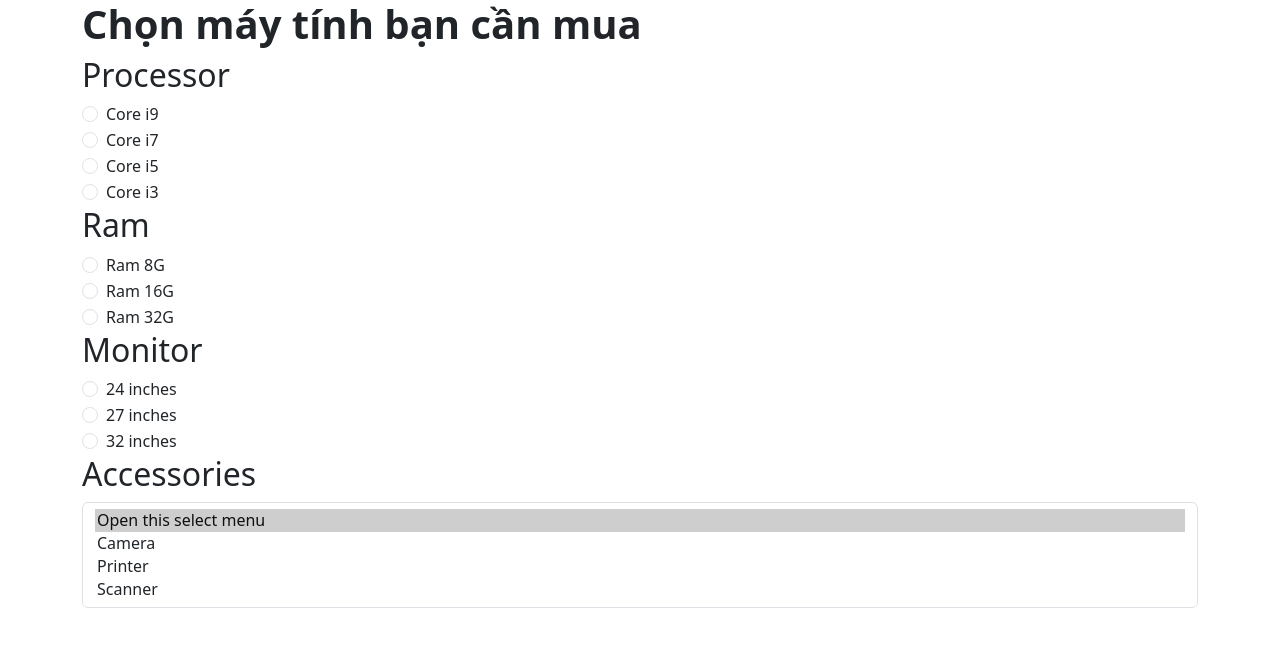
Repository: wuubangdev/bookstore-servlet-jsp
Page: http://localhost/Bai20_JSPCoban_TrangMuaHang/muaMayTinh.jsp
These files come from the project's save history. The page is drawn as it stood at one moment and after the next save; the edit follows.
The browser window is 1280 px wide. The pictures show the whole page.
The page is served by Tomcat 9.

Above is the page before, as saved 2024-03-19 02:58:05.

After the next save:
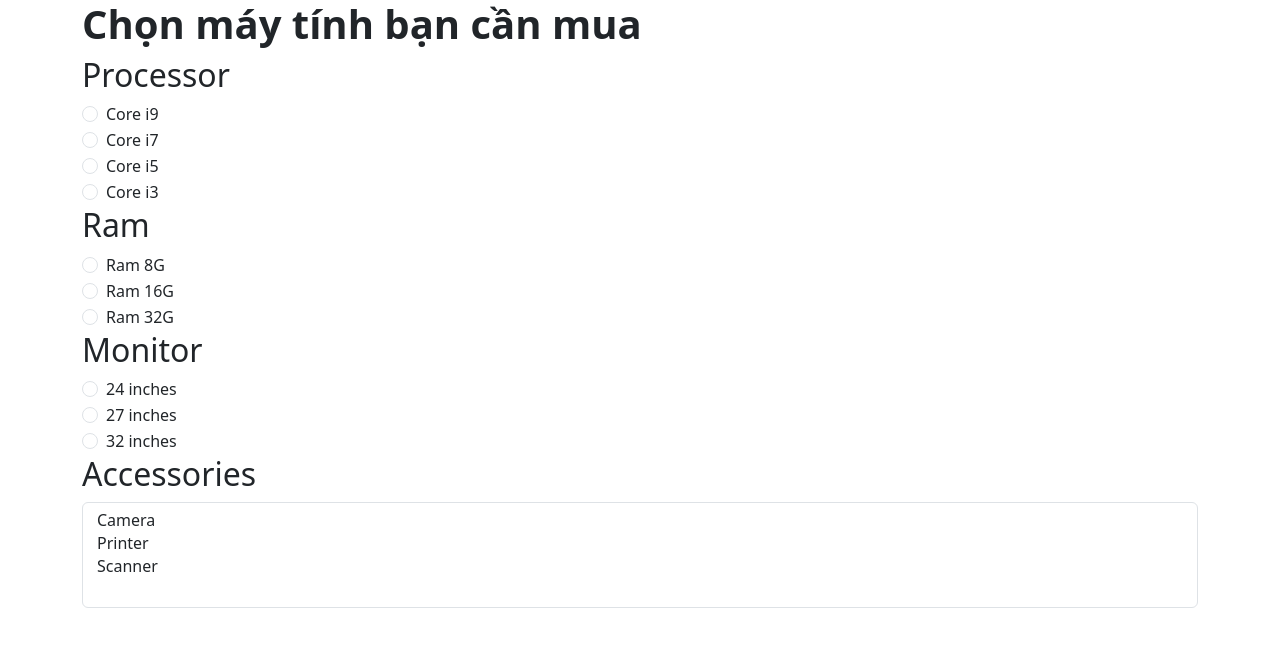
Saved 12 s later.
--- a/Bai20_JSPCoban_TrangMuaHang/src/main/webapp/muaMayTinh.jsp
+++ b/Bai20_JSPCoban_TrangMuaHang/src/main/webapp/muaMayTinh.jsp
@@ -77,7 +77,6 @@
 			</div>
 			<h2>Accessories</h2>
 			<select class="form-select"  multiple aria-label="Default select example" name="accessories">
-			  <option selected>Open this select menu</option>
 			  <option value="1">Camera</option>
 			  <option value="2">Printer</option>
 			  <option value="3">Scanner</option>
